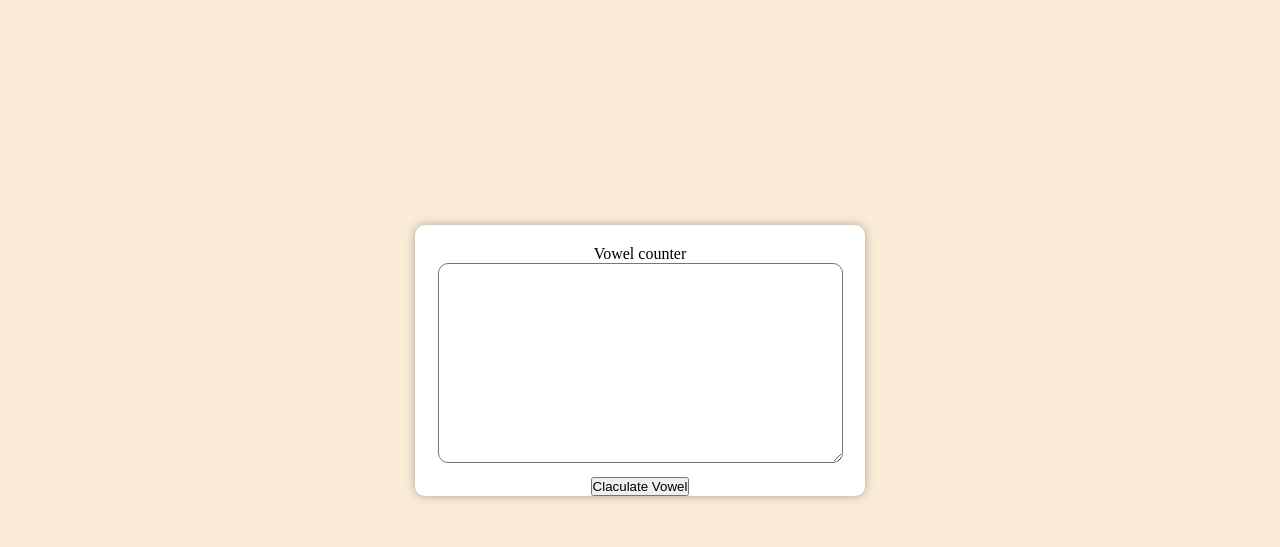
Repository: JunaidAnsari202/Vowel-counter
Page: index.html
The author's editor kept a copy of each file at every save. The page is drawn from the files as they stood at one save, then again after a run of saves.
The browser window is 1280 px wide. The pictures show the whole page.

Above is the page before, as saved 2024-10-17 11:47:49.

### index.html
<!DOCTYPE html>
<html lang="en">
<head>
    <meta charset="UTF-8">
    <meta name="viewport" content="width=device-width, initial-scale=1.0">
    <title>Vowel counter</title>
    <link rel="stylesheet" href="style.css">
</head>
<body>
    <div class="container">
        <div class="header">Vowel counter</div>
        <div class="textarea">
            <textarea name="vowelinput" id="textarea" rows="10" cols="30"></textarea>
        </div>
        <div class="count">
            <button id="count">Claculate Vowel</button>
        </div>
        <div class="output"></div>
    </div>
    <script src="script.js"></script>
</body>
</html>

### style.css
*{
    margin: 0;
    padding: 0;
    box-sizing: border-box;
}

body{
    background-color: antiquewhite;
    display: flex;
    justify-content: center;
    align-items: center;
    height: 100vh;

}

.container{
    width: 450px;
    text-align: center;
    background-color: white;
    border-radius: 10px;
    box-shadow: 0 0 10px rgba(0,0,0,0.3);
}

.header{
    margin-top: 10px;
    padding-top: 10px;
}

#textarea{
    width:90%;
    height: 200px;
    border-radius: 10px;
    padding: 10px;
    margin-bottom: 10px;
}

button{

}

Loaded but not shown: script.js (no copy from this time; the picture is the same without it)

After the next 39 saves:
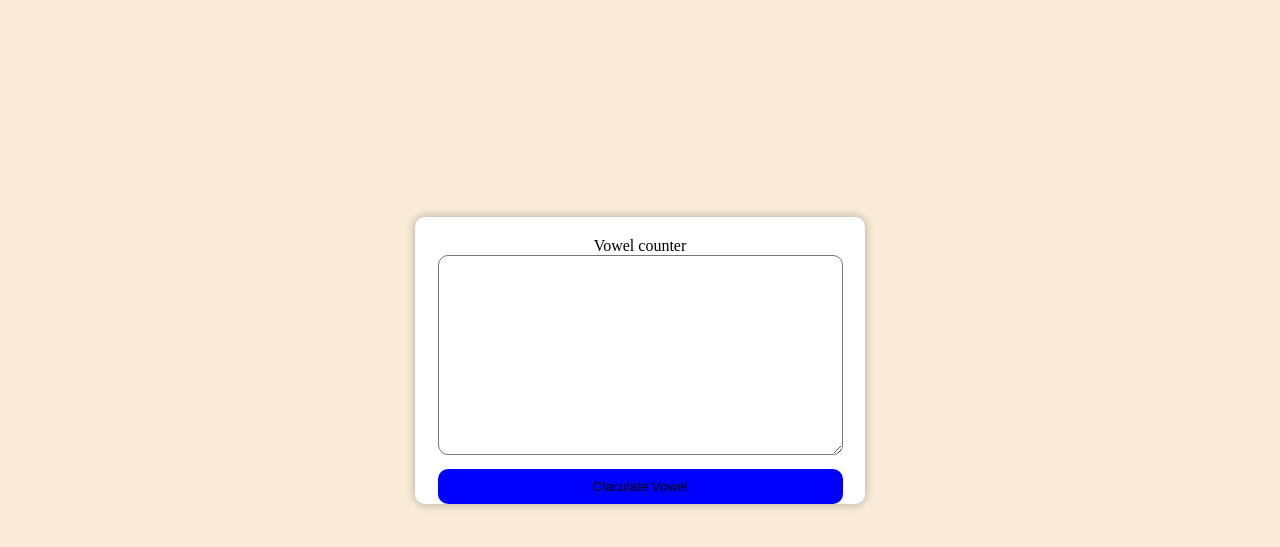
The 39 saves are shown as one change because they came seconds apart.
The last was saved 72 s later.
--- a/style.css
+++ b/style.css
@@ -35,5 +35,11 @@
 }
 
 button{
+    width: 90%;
+    padding: 10px;
+    border-radius: 10px;
+    border: none;
+    background-color: blue;
+    cursor: pointer;
 
 }
